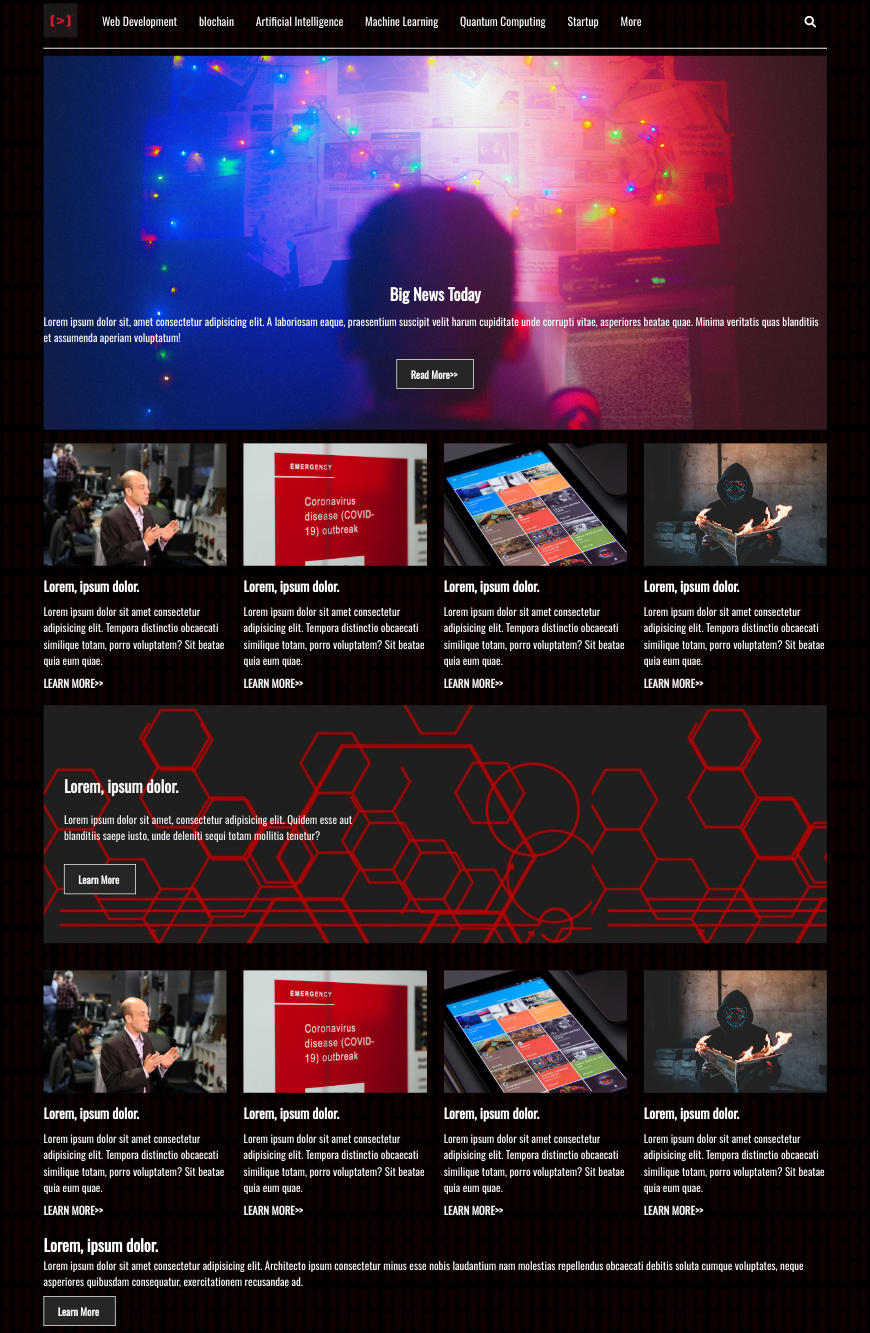
Repository: NickArregoces/News_Web
Page: index.html
These files come from the project's save history. The page is drawn as it stood at one moment and after a run of saves; the edit follows.
The browser window is 1280 px wide. The pictures show the whole page, at 68% of full size.
Pictures or frames that could not be fetched are drawn as grey boxes.

Above is the page before, as saved 2021-12-24 20:01:11.

### index.html
<!DOCTYPE html>
<html lang="en">
<head>
    <meta charset="UTF-8">
    <meta http-equiv="X-UA-Compatible" content="IE=edge">
    <meta name="viewport" content="width=device-width, initial-scale=1.0">
    <title>TechNews</title>
    <!--FONT AWESOME-->
    <link rel="stylesheet" href="https://cdnjs.cloudflare.com/ajax/libs/font-awesome/6.0.0-beta3/css/all.min.css">

    <link rel="stylesheet" href="style.Css">
    <!--Oswald FONTS-->
    <link rel="preconnect" href="https://fonts.googleapis.com">
<link rel="preconnect" href="https://fonts.gstatic.com" crossorigin>
<link href="https://fonts.googleapis.com/css2?family=Oswald:wght@200;300;400&display=swap" rel="stylesheet">
</head>
<body>

    <div class="container">

        <nav class ="nav-main">
            <img src="img/brand.png" alt="" class="nav-brand">

            <ul class="nav-menu">
                <li>
                    <a href="#">Web Development</a>
                </li>
                <li>
                    <a href="#">blochain</a>
                </li>
                <li>
                    <a href="#">Artificial Intelligence</a>
                </li>
                <li>
                    <a href="#">Machine Learning</a>
                </li>
                <li>
                    <a href="#">Quantum Computing</a>
                </li>
                <li>
                    <a href="#">Startup</a>
                </li>
                <li>
                    <a href="#">More</a>
                </li>
            </ul>
            <ul class="nav-menu-right">
                <li>
                    <a href="">
                        <i class="fas fa-search"></i>
                    </a>
                </li>
            </ul>
        </nav>
        <hr> <!--Crea una linea -->


        <!--Showcase=Imagen pricnipal-->
        <header class="showcase">
            <h2>Big News Today</h2>
            <p>Lorem ipsum dolor sit, amet consectetur adipisicing elit. A laboriosam eaque, praesentium suscipit velit harum cupiditate unde corrupti vitae, asperiores beatae quae. Minima veritatis quas blanditiis et assumenda aperiam voluptatum!</p>
        <!--lorem30 te crea 30 palabras-->
            <a class="btn" href="#">Read More>> <i class="fas fa-angles-double-right"></i></a>
        </header>

        <!--NEWS CARDS(COLUMNAS)-->
        <div class="news-cards">
            <div class="">
                <img src="img/news1.jpg" alt="News 1">
                <h3>Lorem, ipsum dolor.</h3>
                <p>Lorem ipsum dolor sit amet consectetur adipisicing elit. Tempora distinctio obcaecati similique totam, porro voluptatem? Sit beatae quia eum quae.</p>
                <a href="">Learn More>><i class="fas fa-amgle-dpuble-right"></i></a>
            </div>
            <div class="">
                <img src="img/news2.jpg" alt="News 2">
                <h3>Lorem, ipsum dolor.</h3>
                <p>Lorem ipsum dolor sit amet consectetur adipisicing elit. Tempora distinctio obcaecati similique totam, porro voluptatem? Sit beatae quia eum quae.</p>
                <a href="">Learn More>><i class fas fa-amgle-dpuble-right></i></a>
            </div>
            <div class="">
                <img src="img/news3.jpg" alt="News 3">
                <h3>Lorem, ipsum dolor.</h3>
                <p>Lorem ipsum dolor sit amet consectetur adipisicing elit. Tempora distinctio obcaecati similique totam, porro voluptatem? Sit beatae quia eum quae.</p>
                <a href="">Learn More>><i class="fas fa-amgle-dpuble-right" ></i></a>
            </div>
            <div class="">
                <img src="img/news4.jpg" alt="News 4">
                <h3>Lorem, ipsum dolor.</h3>
                <p>Lorem ipsum dolor sit amet consectetur adipisicing elit. Tempora distinctio obcaecati similique totam, porro voluptatem? Sit beatae quia eum quae.</p>
                <a href="">Learn More>><i class="fas fa-amgle-dpuble-right"></i></a>
            </div>
        </div>

        <div>

            <section class="cards-banner-one">
                <div class="content">
                    <h2>Lorem, ipsum dolor.</h2>
                    <p>Lorem ipsum dolor sit amet, consectetur adipisicing elit. Quidem esse aut blanditiis saepe iusto, unde deleniti sequi totam mollitia tenetur?</p>
                    <a href="#" class="btn">Learn More <i class="fas fa-amgle-dpuble-right"></i></a>
                </div>

            </section>

            <!--NEWS CARDS(COLUMNAS)-->
        <div class="news-cards">
            <div class="">
                <img src="img/news1.jpg" alt="News 1">
                <h3>Lorem, ipsum dolor.</h3>
                <p>Lorem ipsum dolor sit amet consectetur adipisicing elit. Tempora distinctio obcaecati similique totam, porro voluptatem? Sit beatae quia eum quae.</p>
                <a href="">Learn More>><i class="fas fa-amgle-dpuble-right"></i></a>
            </div>
            <div class="">
                <img src="img/news2.jpg" alt="News 2">
                <h3>Lorem, ipsum dolor.</h3>
                <p>Lorem ipsum dolor sit amet consectetur adipisicing elit. Tempora distinctio obcaecati similique totam, porro voluptatem? Sit beatae quia eum quae.</p>
                <a href="">Learn More>><i class fas fa-amgle-dpuble-right></i></a>
            </div>
            <div class="">
                <img src="img/news3.jpg" alt="News 3">
                <h3>Lorem, ipsum dolor.</h3>
                <p>Lorem ipsum dolor sit amet consectetur adipisicing elit. Tempora distinctio obcaecati similique totam, porro voluptatem? Sit beatae quia eum quae.</p>
                <a href="">Learn More>><i class="fas fa-amgle-dpuble-right" ></i></a>
            </div>
            <div class="">
                <img src="img/news4.jpg" alt="News 4">
                <h3>Lorem, ipsum dolor.</h3>
                <p>Lorem ipsum dolor sit amet consectetur adipisicing elit. Tempora distinctio obcaecati similique totam, porro voluptatem? Sit beatae quia eum quae.</p>
                <a href="">Learn More>><i class="fas fa-amgle-dpuble-right"></i></a>
            </div>
        </div>

        <section class="cards-banner-two">
            <div class="contaer">
                <h2>Lorem, ipsum dolor.</h2>
                <p>Lorem ipsum dolor sit amet consectetur adipisicing elit. Architecto ipsum consectetur minus esse nobis laudantium nam molestias repellendus obcaecati debitis soluta cumque voluptates, neque asperiores quibusdam consequatur, exercitationem recusandae ad.</p>
                <a href="#" class="btn">Learn More <i class="fas fa-angles-double-right"></i> </a>
            </div>


        </section>



        </div>

    </div>


</body>
</html>

### style.Css
*{
    box-sizing: border-box;
    margin: 0;
    padding: 0;
}

body{
    background:#000000;
    color:#ffff;
    background-color: #000000;
    background-image: url("data:[embedded picture, 663 characters]");
    color:#1e272e;
    font-size: 16px;
    font-family: 'Oswald', sans-serif;
}

a{
    color: #ffff;
    text-decoration: none;
}

ul{
    list-style: none;
}
.container{
    width: 90%;/*responsive*/
    margin: auto;
    color: #ffff;/*MIO*/
}
/*Navigation*/
.nav-main{
    font-size: 17px;
    display: flex;/*Elememnto al lado de otro*/
    justify-content: space-between;
    align-items: center;
    height: 60px;
    padding: 20px 0px;
}
.nav-brand{
    width: 50px;
}

/*Nav Left*/
.nav-main ul{
    display:flex;
}

.nav-main ul li{
    padding: 10px;
}

.nav-main ul li a{
    padding: 6px;
}

.nav-main ul li a:hover {
    border-bottom: 2px solid #ffffff;
}
.nav-main ul.nav-menu{
    flex:1;
    margin-left: 20px;
}

/*Showcase*/
hr{
    margin:10px 0px;
}
.showcase{
    width: 100%;
    height: 550px;
    /*Arreglar img */
    background: url(/img/showcase2.jpg) no-repeat center center/cover;
    padding-bottom: 50px;
    margin-bottom: 20px;/*Margen interna*/
    display:flex;
    flex-direction: column;
    align-items: center;/*centrar P*/
    justify-content: flex-end; /*p al final*/
}

.btn{
    cursor: pointer;
    display: inline-block;
    border: 0;
    font-weight: bold;
    padding: 10px 20px;
    background: #262626;
    color:#ffffff;
    font-size: 15px;
    border: 1px solid #ffff;
    margin:10px 0px;
}

.btn:hover{
    opacity: 0.7;
}

.showcase h2,
.showcase p{
    margin-bottom: 10px;
}

/*News CARS*/
.news-cards{
    display: grid;
    grid-template-columns: 1fr 1fr 1fr 1fr;/*4 columnas*/
    gap: 25px;/*espaciado card*/
    margin: 10px 0;
}

.news-cards img{
    width:100%;
    height:  180px;
}

.news-cards h3{
    font-size: 20px;
    margin:  10px 0;

}

.news-cards a{
    padding: 10px 0;
    color: #f2f2f2;
    text-transform: uppercase;
    display: inline-block;
    font-weight: bold;
}

.news-cards a:hover{
    text-decoration: underline; /*Line debajo*/
}

/*Cards-banner-one*/

.cards-banner-one {
    width: 100%;
    height: 350px;
    background: url(./img/tech-red.jpg);
    margin-bottom: 40px;
}
.cards-banner-one .content{
    width: 40%;
    padding: 90px 0 0 30px;
    color: #f2f2f2;
}

.cards-banner-one p,
.cards-banner-one h2{
    margin: 10px 0 20px 0;
}

/*CARDS BANNER TWO*/

.cards-banner-two{

}

After the next 4 saves:
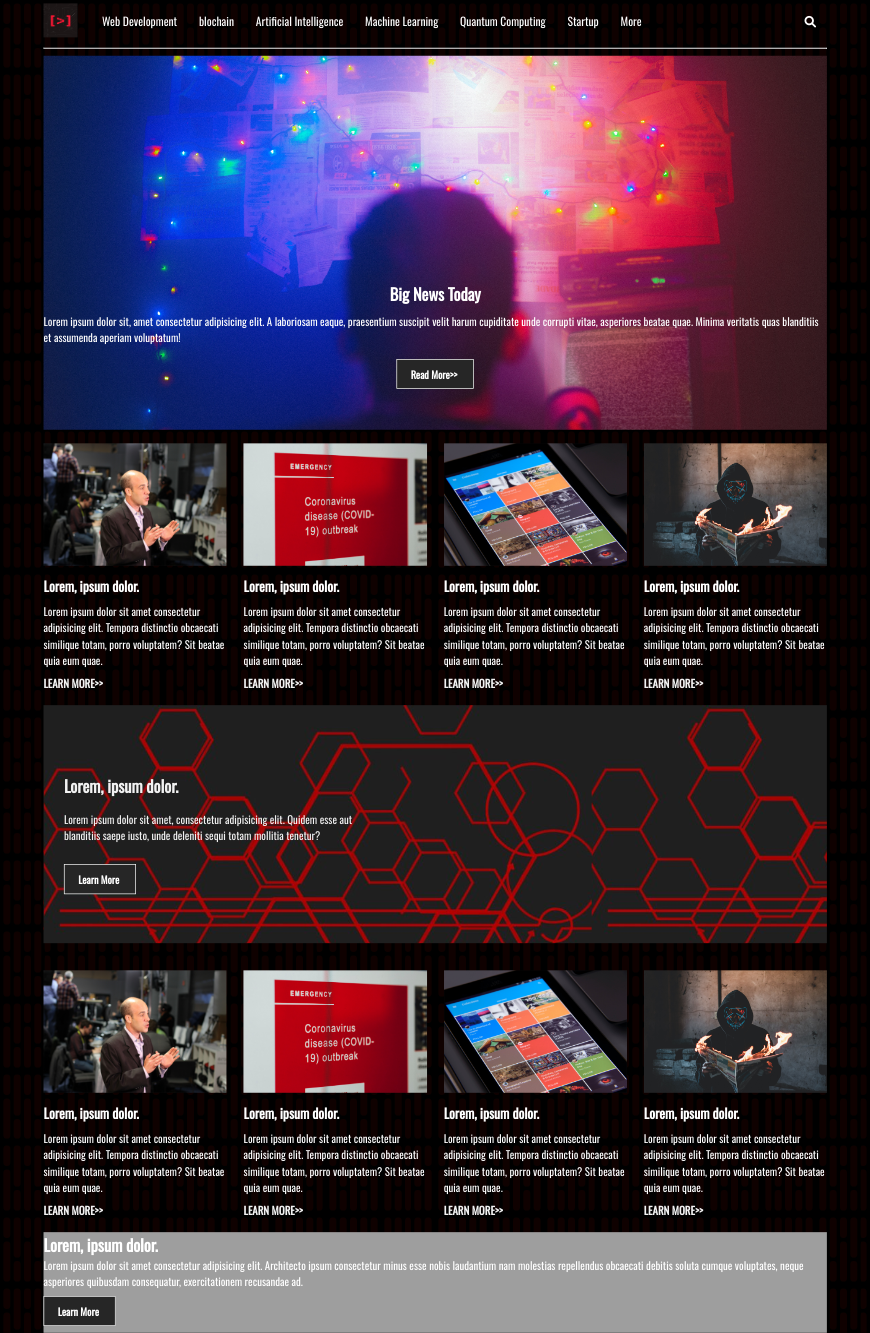
The 4 saves are shown as one change because they came seconds apart.
The last was saved 17 s later.
--- a/style.Css
+++ b/style.Css
@@ -153,5 +153,5 @@ hr{
 /*CARDS BANNER TWO*/
 
 .cards-banner-two{
-
+    background: url(./img/);
 }
